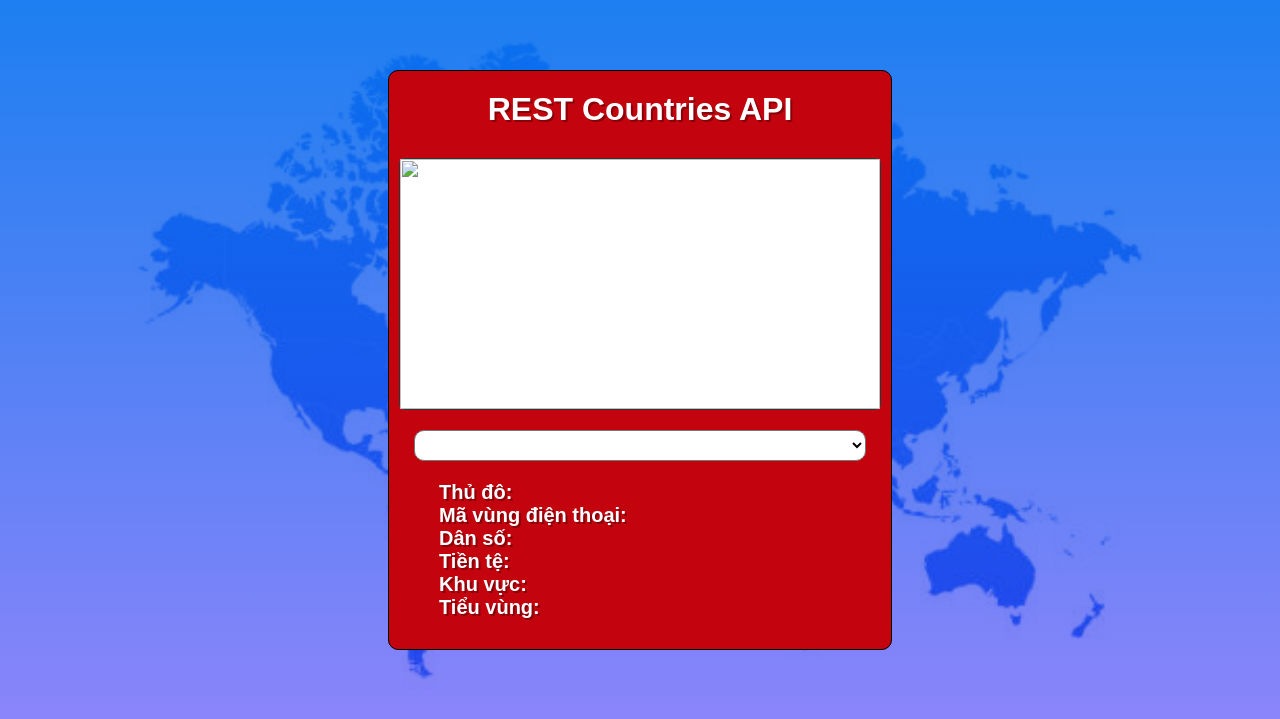
Repository: KhoaTran204/Rest-countries-api-app
Page: index.html
These files come from the project's save history. The page is drawn as it stood at one moment and after the next save; the edit follows.
The browser window is 1280 px wide. The pictures show the whole page.
The page's requests for data from a server got no answer.

Above is the page before, as saved 2024-04-14 09:31:32.

After the next save:
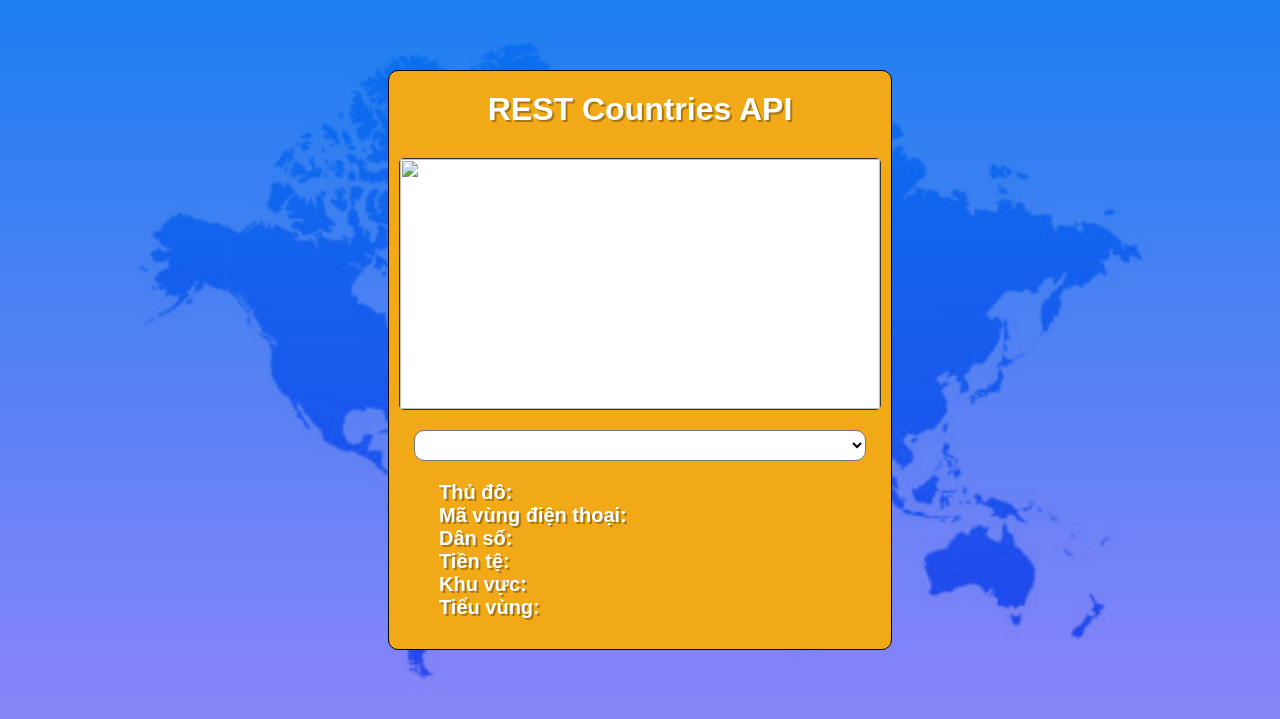
Saved 15 s later.
--- a/style.css
+++ b/style.css
@@ -37,13 +37,13 @@ body {
 }
 
 .container {
-  background-color: rgb(195, 3, 13);
+  background-color: rgb(242, 169, 23);
   border-radius: 10px;
   border: 1px solid black;
 }
 .container h1 {
   text-align: center;
-  font-weight: 800;
+  font-weight: ;
   text-shadow: 2px 2px rgba(0, 0, 0, 0.3);
   color: #fff;
   margin: 20px;
